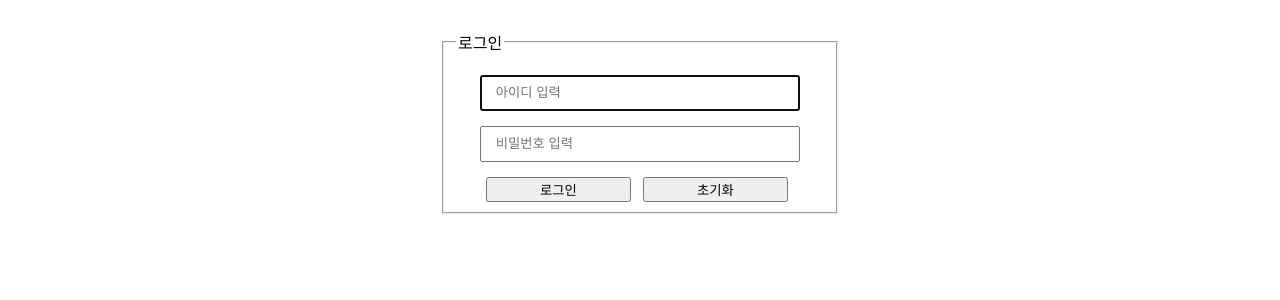
Repository: HyoJun-A/jsp
Page: http://localhost/practice01/login.jsp
An editor plug-in stored every save of this project. The page is shown before and after the next save, followed by the edit.
The browser window is 1280 px wide. The pictures show the whole page.
The page is served by Tomcat 9.

Above is the page before, as saved 2022-10-14 06:02:59.

After the next save:
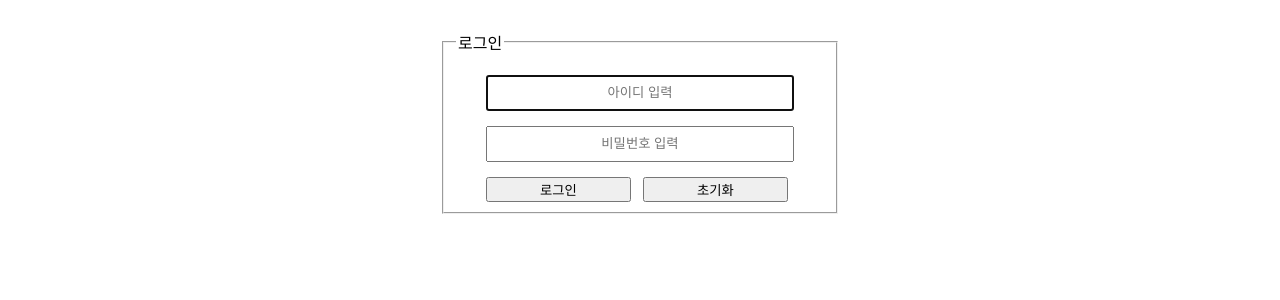
Saved 11 s later.
--- a/practice01/WebContent/login.jsp
+++ b/practice01/WebContent/login.jsp
@@ -7,7 +7,7 @@
 <title>로그인</title>
 <style>
 #login_form{ width: 400px; height: 300px; margin: 30px auto;}
-.login_dis{ display: block;width: 300px; height: 30px; margin: 15px auto;  clear:both;  text-align: left; padding-left: 1em;}
+.login_dis{ display: block;width: 300px; height: 30px; margin: 15px auto;  clear:both;  text-align: center;}
 .login_btn{ display: inline-block; width: 145px;}
 [type="submit"].login_btn { margin-left: 30px;}
 
